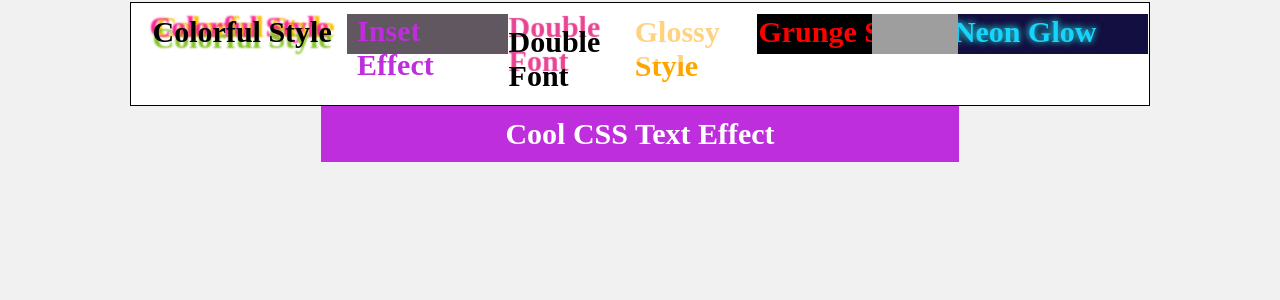
Repository: watermelonfee/HTCNWEB
Page: CSS/Tuan03/Bai2/Bai2b.html
An editor plug-in stored every save of this project. The page is shown before and after the next save, followed by the edit.
The browser window is 1280 px wide. The pictures show the whole page.
Pictures or frames that could not be fetched are drawn as grey boxes.

Above is the page before, as saved 2023-03-13 23:04:45.

### CSS/Tuan03/Bai2/Bai2b.html
<!DOCTYPE html>
<html lang="en">

<head>
    <meta charset="UTF-8" />
    <meta name="viewport" content="width=device-width, initial-scale=1.0" />
    <link rel="stylesheet" href="bai2b.css" />
    <title>Bai 2b - html</title>
</head>

<body>

    <div id="content" id="content2">
        <div id="divID1">Colorful Style</div>
        <div id="divID2">Inset Effect</div>
        <div id="divID3">Double Font</div>
        <div id="divID4">
            Glossy Style
            <span id="divID4_span"></span>
        </div>
        <div id="divID5">
            Grunge Style
            <span id="divID5_span"></span>
        </div>
        <div id="divID6">Neon Glow</div>
    </div>
    </div>
    <div id="content2" class="container">
        <p>Cool CSS Text Effect</p>
    </div>
</body>

</html>

### CSS/Tuan03/Bai2/bai2b.css
* {
    margin: 0 auto;
    padding: 1px;
    box-sizing: border-box;
}

body {
    background-color: #f1f1f1;
}

div {
    background-color: white;
    font-size: 30px;
    font-weight: 600;
}

#content {
    width: 80%;
    border: 1px solid;
    display: flex;
    justify-content: space-between;
}

#content2 {
    width: 50%;
    background-color: #be2edd;
    text-align: center;
    font-size: 30px;
    padding: 10px;
    font-weight: 700;
    color: white;
}

#divID1 {
    text-shadow: 0 6px 2px #85c226, -3px -5px 2px #fe2192, 3px -5px 2px #f7c200;
    margin-top: 10px;
    margin-bottom: 10px;
    margin-left: 20px;
    height: 40px;
    width: 250px;
    align-items: center;
}

#divID2 {
    padding: 0px 10px 0px 10px;
    color: #be2edd;
    background-color: #615760;
    margin-top: 10px;
    margin-bottom: 10px;
    height: 40px;
    width: 200px;
    align-items: center;
}

#divID3 {
    text-shadow: 0px -15px 1px #e84393;
    margin-top: 20px;
    margin-bottom: 10px;
}

#divID4 {
    position: relative;
    font-weight: bold;
    color: orange;
    margin-top: 10px;
    margin-bottom: 10px;
}

#divID4_span {
    position: absolute;
    display: block;
    top: 0;
    left: 0;
    height: 60%;
    width: 100%;
    z-index: 21;
    /* background: url('../../images/bt-css/glossy.png'); */
    background: linear-gradient(white, rgb(255, 255, 255));
    opacity: 0.5;
}

#divID5 {
    position: relative;
    font-weight: bold;
    color: red;
    margin-top: 10px;
    margin-bottom: 10px;
    background-color: black;
    height: 40px;
    width: 250px;
    align-items: center;
}

#divID5_span {
    position: absolute;
    display: block;
    top: 0;
    left: 115px;
    width: 44%;
    height: 100%;
    z-index: 21;
    background: url('../../images/bt-css/grunge.png');
}

#divID6 {
    background-color: #130f40;
    color: #17D4FE;
    text-shadow: 0px 0px 7px #22a6b3, -1px -1px 7px #22a6b3;
    margin-top: 10px;
    margin-bottom: 10px;
    height: 40px;
    width: 250px;
    align-items: center;
}

After the next save:
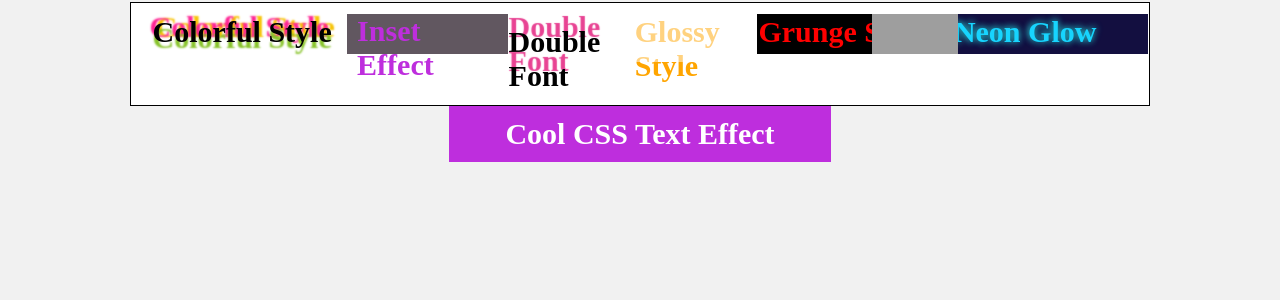
Saved 117 s later.
--- a/CSS/Tuan03/Bai2/bai2b.css
+++ b/CSS/Tuan03/Bai2/bai2b.css
@@ -22,7 +22,17 @@ div {
 }
 
 #content2 {
-    width: 50%;
+    width: 30%;
+    background-color: #be2edd;
+    text-align: center;
+    font-size: 30px;
+    padding: 10px;
+    font-weight: 700;
+    color: white;
+}
+
+#content3 {
+    width: 30%;
     background-color: #be2edd;
     text-align: center;
     font-size: 30px;
